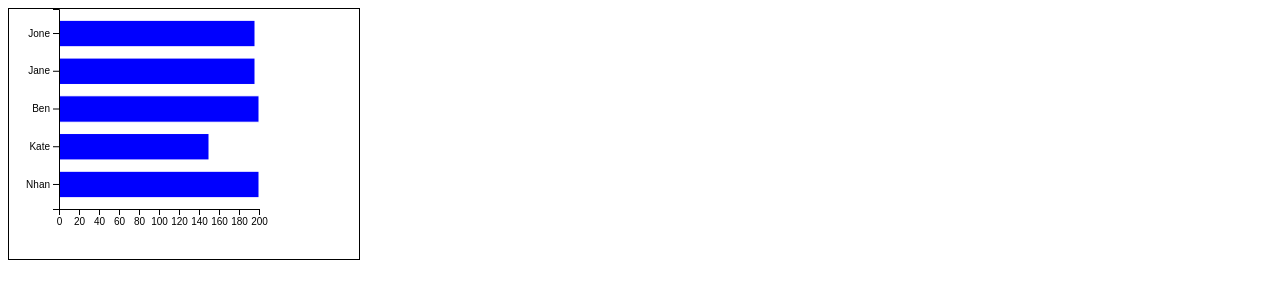
Repository: ducdatit2002/Data-Visualization-Coursera
Page: WEEK2/Demo/demo_adding_annotations.html
These files come from the project's save history. The page is drawn as it stood at one moment and after the next save; the edit follows.
The browser window is 1280 px wide. The pictures show the whole page.

Above is the page before, as saved 2023-10-07 00:20:19.

After the next save:
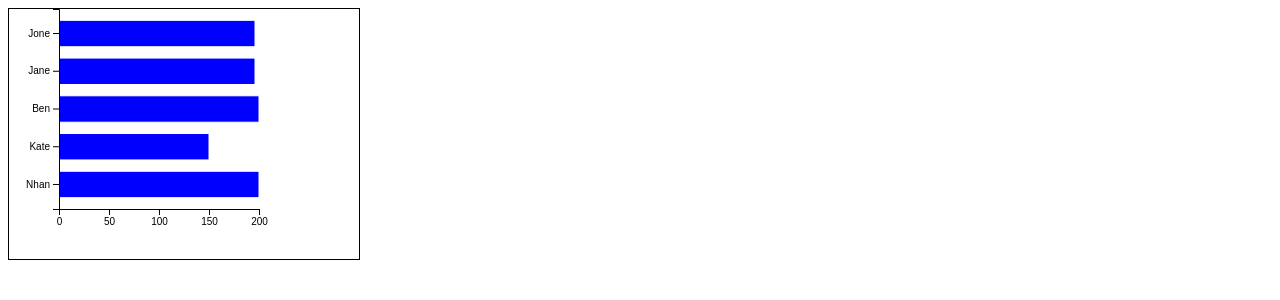
Saved 4 s later.
--- a/WEEK2/Demo/demo_adding_annotations.html
+++ b/WEEK2/Demo/demo_adding_annotations.html
@@ -38,7 +38,7 @@
         .attr("height", scalePosition.bandwidth())
         .attr("y", (d) => scalePosition(d.Name));
 
-      let xAxis = d3.axisBottom(scale).ticks();
+      let xAxis = d3.axisBottom(scale).ticks(5);
       d3.select("#xAxis").attr("transform", "translate(50,200)").call(xAxis);
 
       let yAxis = d3.axisLeft(scalePosition);
